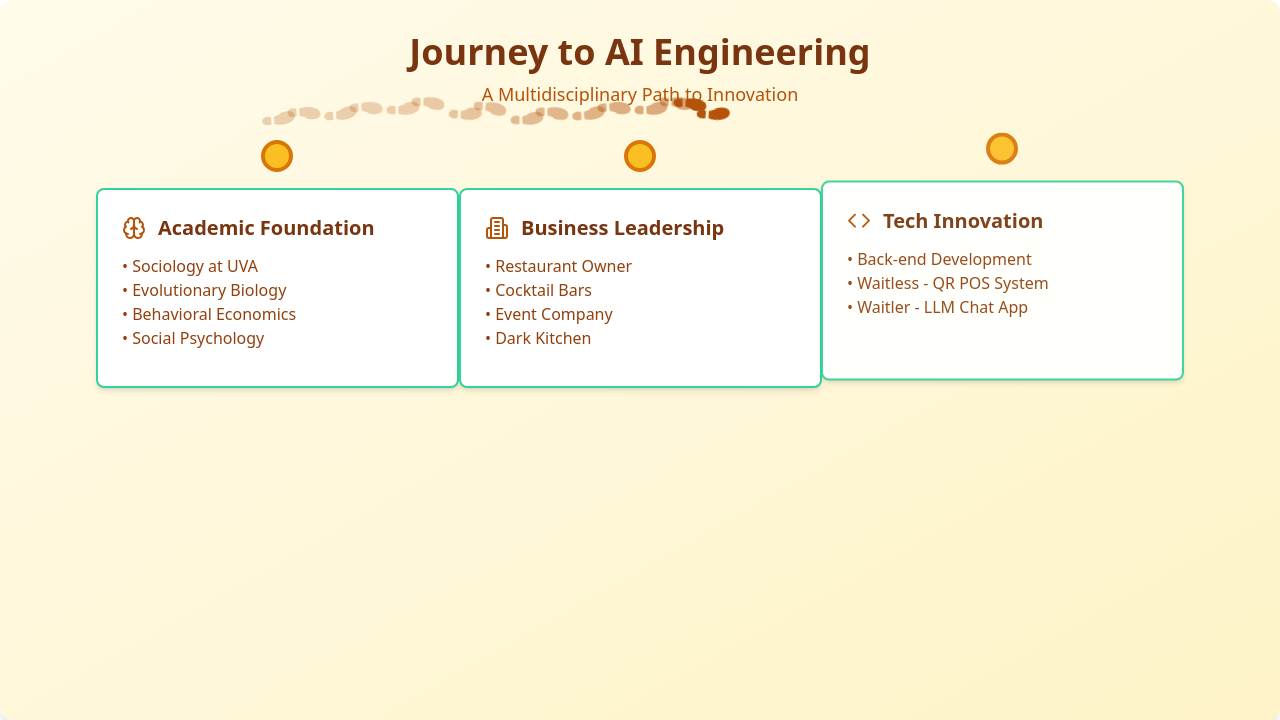
Repository: Galbaz1/dell_presentation
Page: /
The author's editor kept a copy of each file at every save. The page is drawn from the files as they stood at one save, then again after a run of saves.
The browser window is 1280 px wide. The pictures show the whole page.
The project was rebuilt for these pictures with package versions that can differ from the ones it lists, and the page was loaded fresh each time. The framework's server and built-in components were replaced by stand-ins that run in the browser.

Above is the page before, as saved 2024-11-11 13:48:15.

### pages/_app.tsx
import '../styles/globals.css'
import '../styles/speaker_intro.css'
import type { AppProps } from 'next/app'

function MyApp({ Component, pageProps }: AppProps) {
  return <Component {...pageProps} />
}

export default MyApp

### pages/index.tsx
import React from 'react';
import { Brain, Building2, Code, Users, ArrowRight, RefreshCcw } from 'lucide-react';
import FootstepsAnimation from '../components/FootstepsAnimation';

const SpeakerSlide: React.FC = () => {
  const [showFirstBlock, setShowFirstBlock] = React.useState(false);
  const [showSecondBlock, setShowSecondBlock] = React.useState(false);
  const [showThirdBlock, setShowThirdBlock] = React.useState(false);
  return (
    <div className="bg-gradient-to-br from-amber-50 to-amber-100 p-8 rounded-xl shadow-lg min-h-screen overflow-hidden">
      {/* Header */}
      <div className="mb-12 text-center">
        <h1 className="text-4xl font-bold text-amber-900 mb-2">Journey to AI Engineering</h1>
        <p className="text-lg text-amber-700">A Multidisciplinary Path to Innovation</p>
      </div>

      {/* Journey Map */}
      <div className="relative mb-16 mx-auto max-w-[1400px]">
        <FootstepsAnimation />
        {/* Journey Stations */}
        <div className="relative flex justify-between items-center px-16">
          {/* Academic Foundation */}
          <div className="w-96 relative fall-animation">
            <div className="absolute -top-4 left-1/2 transform -translate-x-1/2">
              <div className="w-8 h-8 rounded-full bg-amber-400 border-4 border-amber-600" />
            </div>
            <div className="bg-white p-6 rounded-lg shadow-md mt-8 h-[200px] flex flex-col border-2 border-emerald-400">
              <h2 className="text-xl font-semibold text-amber-900 mb-3 flex items-center">
                <Brain className="mr-3 text-amber-700 w-6 h-6" /> Academic Foundation
              </h2>
              <ul className="text-base text-amber-800 flex-1">
                <li>• Sociology at UVA</li>
                <li>• Evolutionary Biology</li>
                <li>• Behavioral Economics</li>
                <li>• Social Psychology</li>
              </ul>
            </div>
          </div>

          {/* Business Experience */}
          <div className="w-96 relative fall-animation fall-animation-delay-1">
            <div className="absolute -top-4 left-1/2 transform -translate-x-1/2">
              <div className="w-8 h-8 rounded-full bg-amber-400 border-4 border-amber-600" />
            </div>
            <div className="bg-white p-6 rounded-lg shadow-md mt-8 h-[200px] flex flex-col border-2 border-emerald-400">
              <h2 className="text-xl font-semibold text-amber-900 mb-3 flex items-center">
                <Building2 className="mr-3 text-amber-700 w-6 h-6" /> Business Leadership
              </h2>
              <ul className="text-base text-amber-800 flex-1">
                <li>• Restaurant Owner</li>
                <li>• Cocktail Bars</li>
                <li>• Event Company</li>
                <li>• Dark Kitchen</li>
              </ul>
            </div>
          </div>

          {/* Tech Innovation */}
          <div className="w-96 relative fall-animation fall-animation-delay-2">
            <div className="absolute -top-4 left-1/2 transform -translate-x-1/2">
              <div className="w-8 h-8 rounded-full bg-amber-400 border-4 border-amber-600" />
            </div>
            <div className="bg-white p-6 rounded-lg shadow-md mt-8 h-[200px] flex flex-col border-2 border-emerald-400">
              <h2 className="text-xl font-semibold text-amber-900 mb-3 flex items-center">
                <Code className="mr-3 text-amber-700 w-6 h-6" /> Tech Innovation
              </h2>
              <ul className="text-base text-amber-800 flex-1">
                <li>• Back-end Development</li>
                <li>• Waitless - QR POS System</li>
                <li>• Waitler - LLM Chat App</li>
              </ul>
            </div>
          </div>
        </div>
      </div>

      {/* Current Roles Synergy Circle */}
      <div className="relative max-w-[1200px] mx-auto mt-24">
        {/* Synergy Arrows */}
        <div className="absolute left-0 right-0 mx-auto w-28 top-[80px] synergy-animation z-10">
          <div className="relative w-full h-full">
            <RefreshCcw className="w-full h-full text-amber-600 animate-spin-slow" />
            <div className="absolute top-1/2 left-1/2 transform -translate-x-1/2 -translate-y-1/2 text-sm text-amber-800 font-semibold bg-white px-3 py-1 rounded">
              Synergy
            </div>
          </div>
        </div>

        <div className="flex justify-between items-center synergy-animation px-16">
          {/* AI Engineering Role */}
          <div className="w-[480px] bg-white p-8 rounded-lg shadow-md border-2 border-amber-400 h-[160px] flex flex-col">
            <h2 className="text-2xl font-semibold text-amber-900 mb-3 flex items-center">
              <Brain className="mr-3 text-amber-700 w-6 h-6" /> AI Engineering
            </h2>
            <p className="text-base text-amber-800">
              Freelance AI solutions architect combining technical expertise with business acumen
            </p>
          </div>

          {/* AI Builders Role */}
          <div className="w-[480px] bg-white p-8 rounded-lg shadow-md border-2 border-amber-400 h-[160px] flex flex-col">
            <h2 className="text-2xl font-semibold text-amber-900 mb-3 flex items-center">
              <Users className="mr-3 text-amber-700 w-6 h-6" /> AI Builders Club
            </h2>
            <p className="text-base text-amber-800">
              Community lead fostering AI innovation in Amsterdam, Rotterdam, and Berlin
            </p>
          </div>
        </div>
      </div>
    </div>
  );
};

export default SpeakerSlide;

### components/FootstepsAnimation.tsx
import React, { useEffect, useRef } from 'react';
import gsap from 'gsap';

interface FootProps {
  ref: React.RefObject<SVGSVGElement>;
}

const RightFootprint = React.forwardRef<SVGSVGElement>((_, ref) => (
  <svg
    ref={ref}
    width="24"
    height="36"
    viewBox="0 0 16 32"
    fill="currentColor"
    xmlns="http://www.w3.org/2000/svg"
    className="footstep right-step"
    style={{ transform: 'rotate(90deg)', fill: '#b45309' }}
  >
    <path d="M5.058 20.918l6.21-1.664c-0.204-2.22 0-4.745 1.205-7.11 0.18-6.195-1.867-11.962-6.835-10.631-5.468 1.465-4.865 13.899-0.58 19.404v0zM5.468 23.537c0.343 11.974 12.512 6.497 6.318-1.693l-6.318 1.693z" />
  </svg>
));

const LeftFootprint = React.forwardRef<SVGSVGElement>((_, ref) => (
  <svg
    ref={ref}
    width="24"
    height="36"
    viewBox="20 0 16 32"
    fill="currentColor"
    xmlns="http://www.w3.org/2000/svg"
    className="footstep left-step"
    style={{ transform: 'rotate(90deg)', fill: '#b45309' }}
  >
    <path d="M27.227 20.917l-6.21-1.664c0.204-2.22-0-4.745-1.205-7.11-0.18-6.195 1.867-11.962 6.835-10.631 5.468 1.466 4.865 13.9 0.58 19.404v0zM26.818 23.536c-0.343 11.973-12.512 6.497-6.318-1.693l6.318 1.693z" />
  </svg>
));

interface FootstepsAnimationProps {
  onReachFirstBlock?: () => void;
  onReachSecondBlock?: () => void;
  onReachThirdBlock?: () => void;
}

const FootstepsAnimation: React.FC<FootstepsAnimationProps> = ({
  onReachFirstBlock,
  onReachSecondBlock,
  onReachThirdBlock,
}) => {
  const leftFootRef = useRef<SVGSVGElement>(null);
  const rightFootRef = useRef<SVGSVGElement>(null);
  const ghostTrailRef = useRef<HTMLDivElement>(null);

  useEffect(() => {
    if (!leftFootRef.current || !rightFootRef.current || !ghostTrailRef.current) return;

    // River-like flowing path with gentle curves
    const flowingPath = [
      // Start at first orange circle (Academic Foundation)
      { x: 280, y: 100 },    // Starting at first circle
      { x: 342, y: 95 },     // Gentle curve up (increased from 330)
      { x: 404, y: 90 },     // Peak (increased from 380)
      { x: 466, y: 95 },     // Coming down (increased from 430)
      { x: 528, y: 100 },    // Level (increased from 480)
      { x: 590, y: 95 },     // Rise (increased from 530)
      { x: 652, y: 90 },     // Peak (increased from 580)
      { x: 714, y: 95 },     // Descend (increased from 630)
      { x: 776, y: 100 },    // Second circle position (increased from 680)
      { x: 838, y: 95 },     // Begin rise (increased from 730)
      { x: 900, y: 90 },     // Peak (increased from 780)
      { x: 962, y: 95 },     // Start descent (increased from 830)
      { x: 1024, y: 100 },   // Level (increased from 880)
      { x: 1086, y: 95 },    // Rise (increased from 930)
      { x: 1148, y: 90 },    // Peak (increased from 980)
      { x: 1210, y: 95 },    // Descend (increased from 1030)
      { x: 1272, y: 100 },   // Third circle position (increased from 1080)
      { x: 1334, y: 95 },    // Final rise (increased from 1130)
      { x: 1396, y: 90 },    // Last peak (increased from 1180)
      { x: 1458, y: 95 },    // Final descent (increased from 1230)
      { x: 1520, y: 100 },   // End position (increased from 1280)
    ];

    const createGhostTrail = (
      element: SVGSVGElement,
      x: number,
      y: number,
      rotation: number = 0
    ): void => {
      if (!ghostTrailRef.current) return;

      const ghost = element.cloneNode(true) as SVGSVGElement;
      ghost.style.position = 'absolute';
      ghost.style.left = `${x}px`;
      ghost.style.top = `${y}px`;
      ghost.style.transform = `rotate(${rotation + 90}deg)`;
      ghost.style.color = '#d97706';
      ghost.classList.add('ghost-trail');

      ghostTrailRef.current.appendChild(ghost);

      gsap.to(ghost, {
        opacity: 0.25,
        duration: 3,
        ease: "none",
      });
    };

    const animateFootstep = (
      foot: SVGSVGElement,
      path: Array<{x: number, y: number}>,
      delay: number,
      isLeft: boolean
    ): void => {
      path.forEach((point, index) => {
        const prevPoint = index > 0 ? path[index - 1] : point;
        const nextPoint = index < path.length - 1 ? path[index + 1] : point;

        const rotation = Math.atan2(
          nextPoint.y - prevPoint.y,
          nextPoint.x - prevPoint.x
        ) * 180 / Math.PI;

        // Swapped vertical offsets and reduced distance by 50%
        const verticalOffset = isLeft ? 5 : -5; // Changed from -10/+10 to +5/-5

        gsap.to(foot, {
          x: point.x + (isLeft ? -12 : 12),
          y: point.y + verticalOffset,
          rotation: rotation + 90 + (isLeft ? -15 : 15),
          duration: 0.6,
          delay: delay + (index * 0.7),
          ease: "power2.inOut",
          onStart: () => checkPosition(point.x),
          onComplete: () => createGhostTrail(
            foot,
            point.x + (isLeft ? -12 : 12),
            point.y + verticalOffset,
            rotation + (isLeft ? -15 : 15)
          ),
        });
      });
    };

    // Circle positions for triggering block reveals
    const circlePositions = {
      first: 280,   // x-coordinate of first circle
      second: 776,  // x-coordinate of second circle
      third: 1272,  // x-coordinate of third circle
    };

    const checkPosition = (x: number) => {
      if (x >= circlePositions.first && onReachFirstBlock) {
        onReachFirstBlock();
        onReachFirstBlock = undefined; // Prevent multiple triggers
      }
      if (x >= circlePositions.second && onReachSecondBlock) {
        onReachSecondBlock();
        onReachSecondBlock = undefined;
      }
      if (x >= circlePositions.third && onReachThirdBlock) {
        onReachThirdBlock();
        onReachThirdBlock = undefined;
      }
    };

    // Start animations with proper timing
    const timeline = gsap.timeline();

    // Animate both feet with slight offset for natural walking
    animateFootstep(leftFootRef.current, flowingPath, 0, true);
    animateFootstep(rightFootRef.current, flowingPath, 0.35, false); // Increased offset

    return () => {
      timeline.kill();
    };
  }, [onReachFirstBlock, onReachSecondBlock, onReachThirdBlock]);

  return (
    <div className="fixed inset-0 pointer-events-none" style={{ zIndex: 50 }}>
      <div
        ref={ghostTrailRef}
        className="ghost-trail-container"
        style={{ zIndex: 50 }}
      />
      <LeftFootprint ref={leftFootRef} />
      <RightFootprint ref={rightFootRef} />
    </div>
  );
};

RightFootprint.displayName = 'RightFootprint';
LeftFootprint.displayName = 'LeftFootprint';

export default FootstepsAnimation;

Loaded but not shown: styles/globals.css (common file); tailwind.config.js (12 lines, source omitted); styles/speaker_intro.css (197 lines, source omitted)

After the next 5 saves:
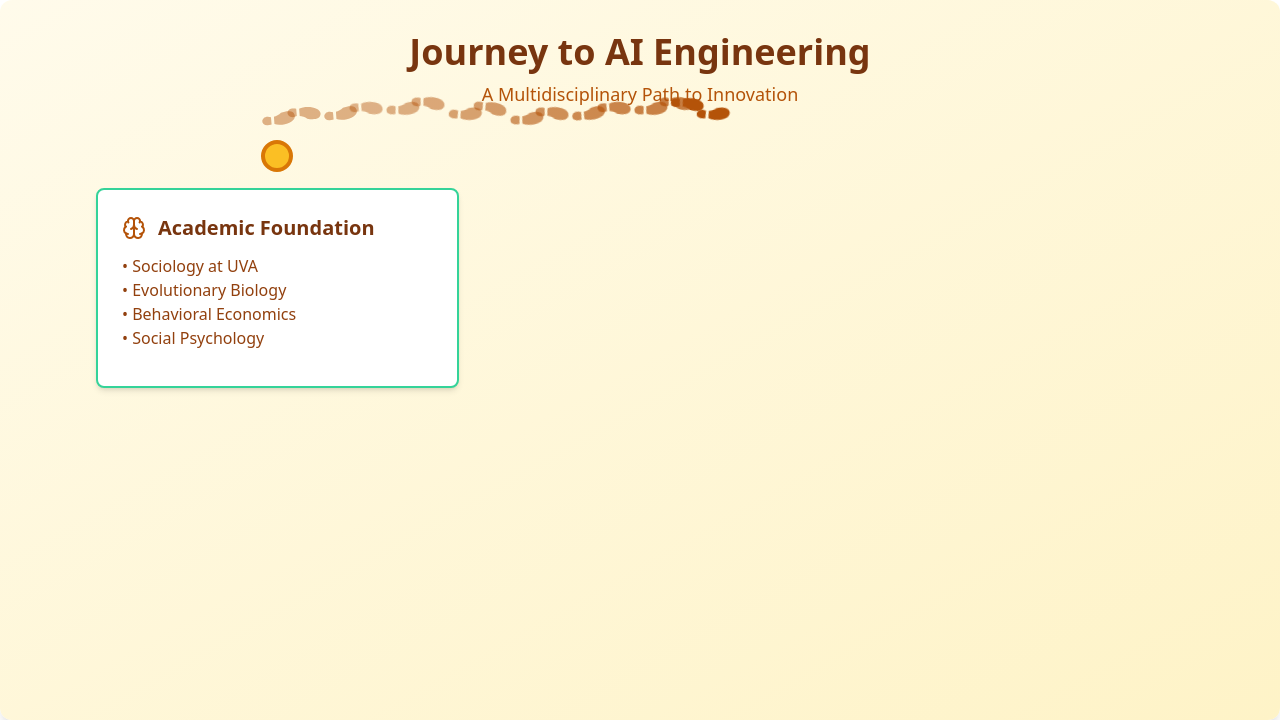
The 5 saves are shown as one change because they came seconds apart.
The last was saved 9 s later.
--- a/pages/index.tsx
+++ b/pages/index.tsx
@@ -6,6 +6,7 @@ const SpeakerSlide: React.FC = () => {
   const [showFirstBlock, setShowFirstBlock] = React.useState(false);
   const [showSecondBlock, setShowSecondBlock] = React.useState(false);
   const [showThirdBlock, setShowThirdBlock] = React.useState(false);
+
   return (
     <div className="bg-gradient-to-br from-amber-50 to-amber-100 p-8 rounded-xl shadow-lg min-h-screen overflow-hidden">
       {/* Header */}
@@ -16,11 +17,15 @@ const SpeakerSlide: React.FC = () => {
 
       {/* Journey Map */}
       <div className="relative mb-16 mx-auto max-w-[1400px]">
-        <FootstepsAnimation />
+        <FootstepsAnimation
+          onReachFirstBlock={() => setShowFirstBlock(true)}
+          onReachSecondBlock={() => setShowSecondBlock(true)}
+          onReachThirdBlock={() => setShowThirdBlock(true)}
+        />
         {/* Journey Stations */}
         <div className="relative flex justify-between items-center px-16">
           {/* Academic Foundation */}
-          <div className="w-96 relative fall-animation">
+          <div className={`w-96 relative transition-opacity duration-500 ${showFirstBlock ? 'opacity-100' : 'opacity-0'}`}>
             <div className="absolute -top-4 left-1/2 transform -translate-x-1/2">
               <div className="w-8 h-8 rounded-full bg-amber-400 border-4 border-amber-600" />
             </div>
@@ -38,7 +43,7 @@ const SpeakerSlide: React.FC = () => {
           </div>
 
           {/* Business Experience */}
-          <div className="w-96 relative fall-animation fall-animation-delay-1">
+          <div className={`w-96 relative transition-opacity duration-500 ${showSecondBlock ? 'opacity-100' : 'opacity-0'}`}>
             <div className="absolute -top-4 left-1/2 transform -translate-x-1/2">
               <div className="w-8 h-8 rounded-full bg-amber-400 border-4 border-amber-600" />
             </div>
@@ -56,7 +61,7 @@ const SpeakerSlide: React.FC = () => {
           </div>
 
           {/* Tech Innovation */}
-          <div className="w-96 relative fall-animation fall-animation-delay-2">
+          <div className={`w-96 relative transition-opacity duration-500 ${showThirdBlock ? 'opacity-100' : 'opacity-0'}`}>
             <div className="absolute -top-4 left-1/2 transform -translate-x-1/2">
               <div className="w-8 h-8 rounded-full bg-amber-400 border-4 border-amber-600" />
             </div>

After the save that followed:
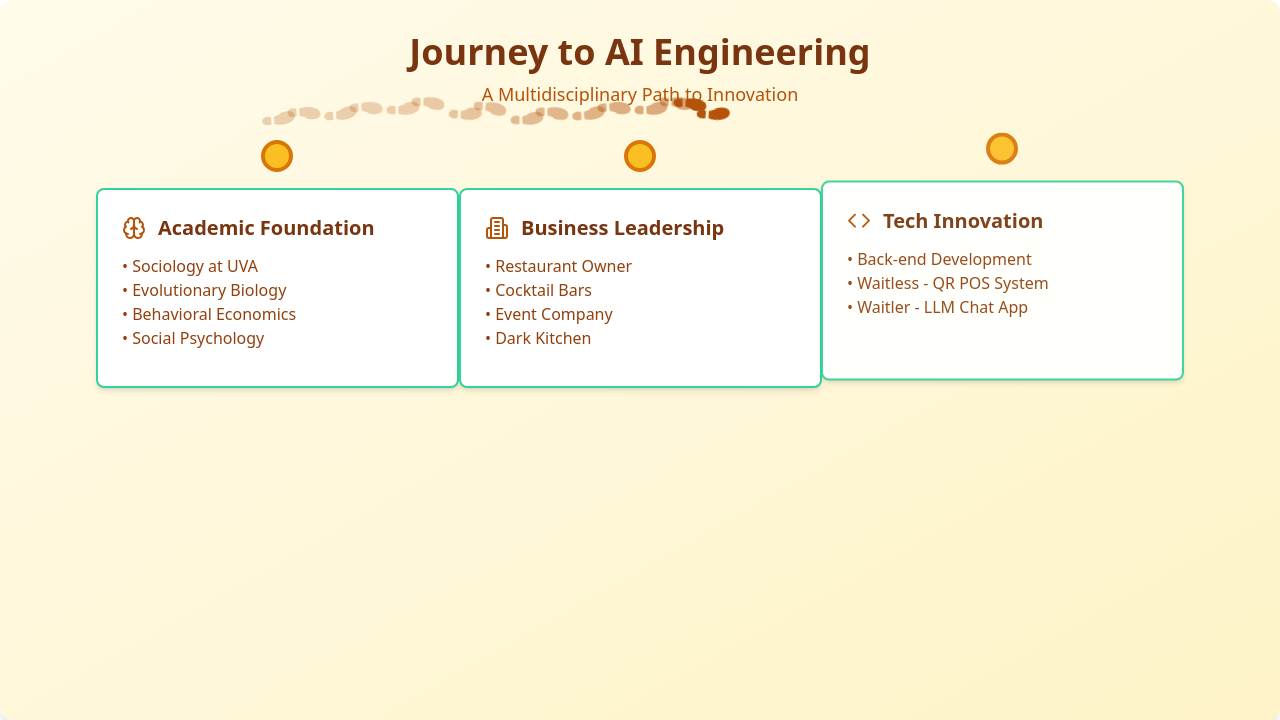
Saved 30 s later.
--- a/pages/index.tsx
+++ b/pages/index.tsx
@@ -3,10 +3,6 @@ import { Brain, Building2, Code, Users, ArrowRight, RefreshCcw } from 'lucide-re
 import FootstepsAnimation from '../components/FootstepsAnimation';
 
 const SpeakerSlide: React.FC = () => {
-  const [showFirstBlock, setShowFirstBlock] = React.useState(false);
-  const [showSecondBlock, setShowSecondBlock] = React.useState(false);
-  const [showThirdBlock, setShowThirdBlock] = React.useState(false);
-
   return (
     <div className="bg-gradient-to-br from-amber-50 to-amber-100 p-8 rounded-xl shadow-lg min-h-screen overflow-hidden">
       {/* Header */}
@@ -17,15 +13,11 @@ const SpeakerSlide: React.FC = () => {
 
       {/* Journey Map */}
       <div className="relative mb-16 mx-auto max-w-[1400px]">
-        <FootstepsAnimation
-          onReachFirstBlock={() => setShowFirstBlock(true)}
-          onReachSecondBlock={() => setShowSecondBlock(true)}
-          onReachThirdBlock={() => setShowThirdBlock(true)}
-        />
+        <FootstepsAnimation />
         {/* Journey Stations */}
         <div className="relative flex justify-between items-center px-16">
           {/* Academic Foundation */}
-          <div className={`w-96 relative transition-opacity duration-500 ${showFirstBlock ? 'opacity-100' : 'opacity-0'}`}>
+          <div className="w-96 relative fall-animation">
             <div className="absolute -top-4 left-1/2 transform -translate-x-1/2">
               <div className="w-8 h-8 rounded-full bg-amber-400 border-4 border-amber-600" />
             </div>
@@ -43,7 +35,7 @@ const SpeakerSlide: React.FC = () => {
           </div>
 
           {/* Business Experience */}
-          <div className={`w-96 relative transition-opacity duration-500 ${showSecondBlock ? 'opacity-100' : 'opacity-0'}`}>
+          <div className="w-96 relative fall-animation fall-animation-delay-1">
             <div className="absolute -top-4 left-1/2 transform -translate-x-1/2">
               <div className="w-8 h-8 rounded-full bg-amber-400 border-4 border-amber-600" />
             </div>
@@ -61,7 +53,7 @@ const SpeakerSlide: React.FC = () => {
           </div>
 
           {/* Tech Innovation */}
-          <div className={`w-96 relative transition-opacity duration-500 ${showThirdBlock ? 'opacity-100' : 'opacity-0'}`}>
+          <div className="w-96 relative fall-animation fall-animation-delay-2">
             <div className="absolute -top-4 left-1/2 transform -translate-x-1/2">
               <div className="w-8 h-8 rounded-full bg-amber-400 border-4 border-amber-600" />
             </div>
--- a/components/FootstepsAnimation.tsx
+++ b/components/FootstepsAnimation.tsx
@@ -35,17 +35,7 @@ const LeftFootprint = React.forwardRef<SVGSVGElement>((_, ref) => (
   </svg>
 ));
 
-interface FootstepsAnimationProps {
-  onReachFirstBlock?: () => void;
-  onReachSecondBlock?: () => void;
-  onReachThirdBlock?: () => void;
-}
-
-const FootstepsAnimation: React.FC<FootstepsAnimationProps> = ({
-  onReachFirstBlock,
-  onReachSecondBlock,
-  onReachThirdBlock,
-}) => {
+const FootstepsAnimation: React.FC = () => {
   const leftFootRef = useRef<SVGSVGElement>(null);
   const rightFootRef = useRef<SVGSVGElement>(null);
   const ghostTrailRef = useRef<HTMLDivElement>(null);
@@ -129,7 +119,6 @@ const FootstepsAnimation: React.FC<FootstepsAnimationProps> = ({
           duration: 0.6,
           delay: delay + (index * 0.7),
           ease: "power2.inOut",
-          onStart: () => checkPosition(point.x),
           onComplete: () => createGhostTrail(
             foot,
             point.x + (isLeft ? -12 : 12),
@@ -138,28 +127,6 @@ const FootstepsAnimation: React.FC<FootstepsAnimationProps> = ({
           ),
         });
       });
-    };
-
-    // Circle positions for triggering block reveals
-    const circlePositions = {
-      first: 280,   // x-coordinate of first circle
-      second: 776,  // x-coordinate of second circle
-      third: 1272,  // x-coordinate of third circle
-    };
-
-    const checkPosition = (x: number) => {
-      if (x >= circlePositions.first && onReachFirstBlock) {
-        onReachFirstBlock();
-        onReachFirstBlock = undefined; // Prevent multiple triggers
-      }
-      if (x >= circlePositions.second && onReachSecondBlock) {
-        onReachSecondBlock();
-        onReachSecondBlock = undefined;
-      }
-      if (x >= circlePositions.third && onReachThirdBlock) {
-        onReachThirdBlock();
-        onReachThirdBlock = undefined;
-      }
     };
 
     // Start animations with proper timing
@@ -172,7 +139,7 @@ const FootstepsAnimation: React.FC<FootstepsAnimationProps> = ({
     return () => {
       timeline.kill();
     };
-  }, [onReachFirstBlock, onReachSecondBlock, onReachThirdBlock]);
+  }, []);
 
   return (
     <div className="fixed inset-0 pointer-events-none" style={{ zIndex: 50 }}>
